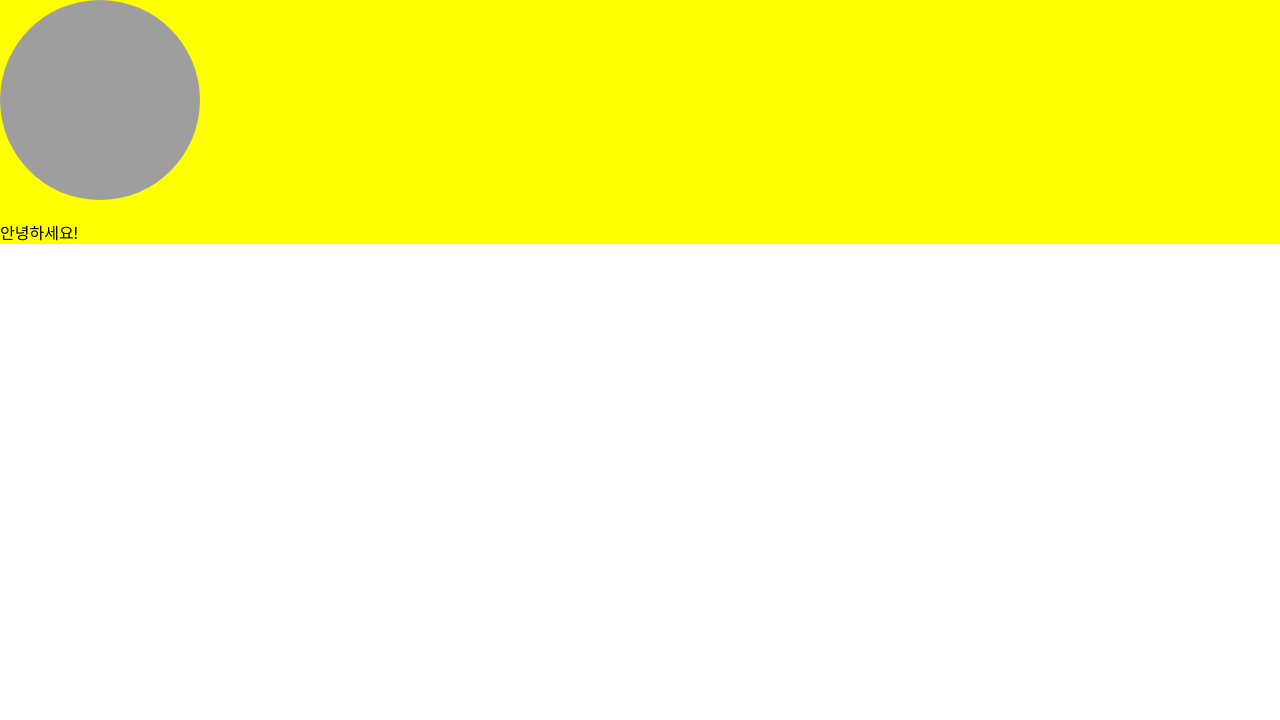
Repository: Yugayoung/css-example
Page: / (app in react/basic/)
An editor plug-in stored every save of this project. The page is shown before and after the next save, followed by the edit.
The browser window is 1280 px wide. The pictures show the whole page.
Pictures or frames that could not be fetched are drawn as grey boxes. The project was rebuilt for these pictures with package versions that can differ from the ones it lists, and the page was loaded fresh each time.

Above is the page before, as saved 2023-12-21 13:09:07.

After the next save:
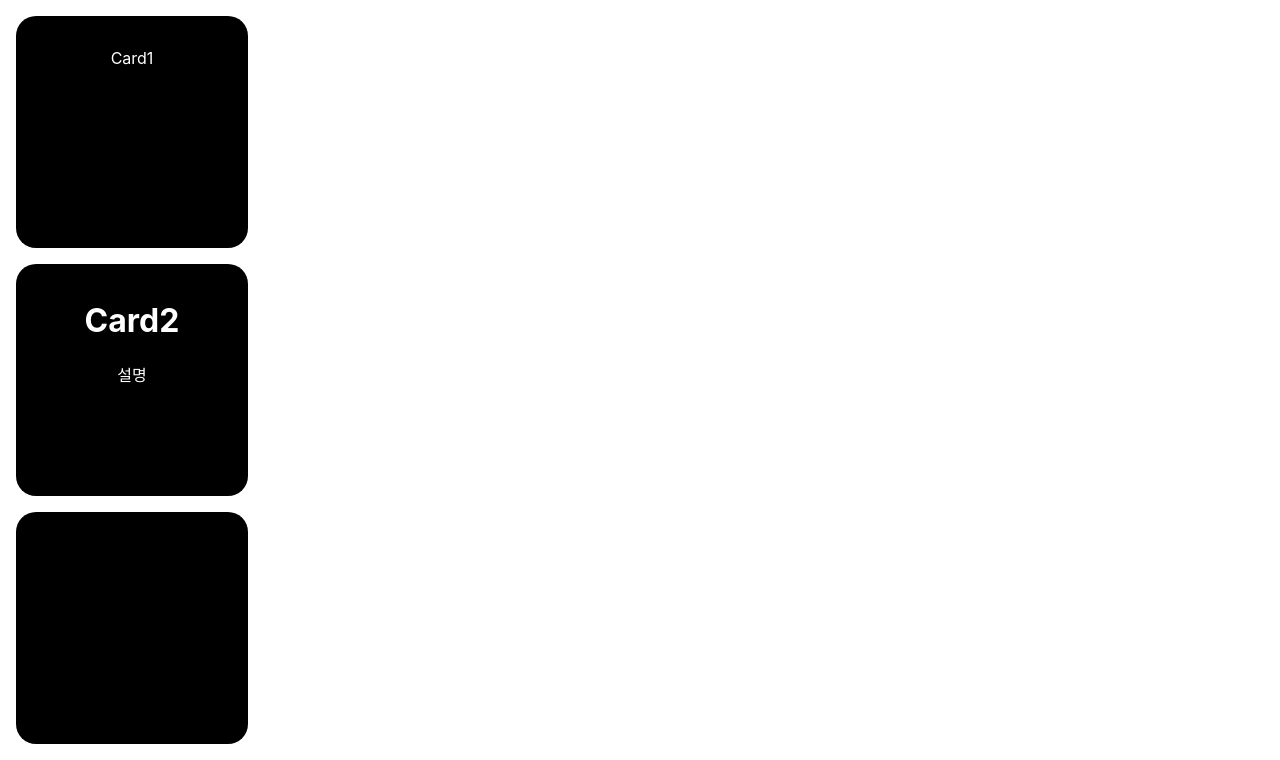
Saved 13 min 22 s later.
--- a/react/basic/src/index.js
+++ b/react/basic/src/index.js
@@ -2,12 +2,12 @@ import React from 'react';
 import ReactDOM from 'react-dom/client';
 import './index.css';
 import reportWebVitals from './reportWebVitals';
-import AppWrap from './AppWrap';
+import AppCard from './AppCard';
 
 const root = ReactDOM.createRoot(document.getElementById('root'));
 root.render(
   <React.StrictMode>
-    <AppWrap />
+    <AppCard />
   </React.StrictMode>
 );
 
